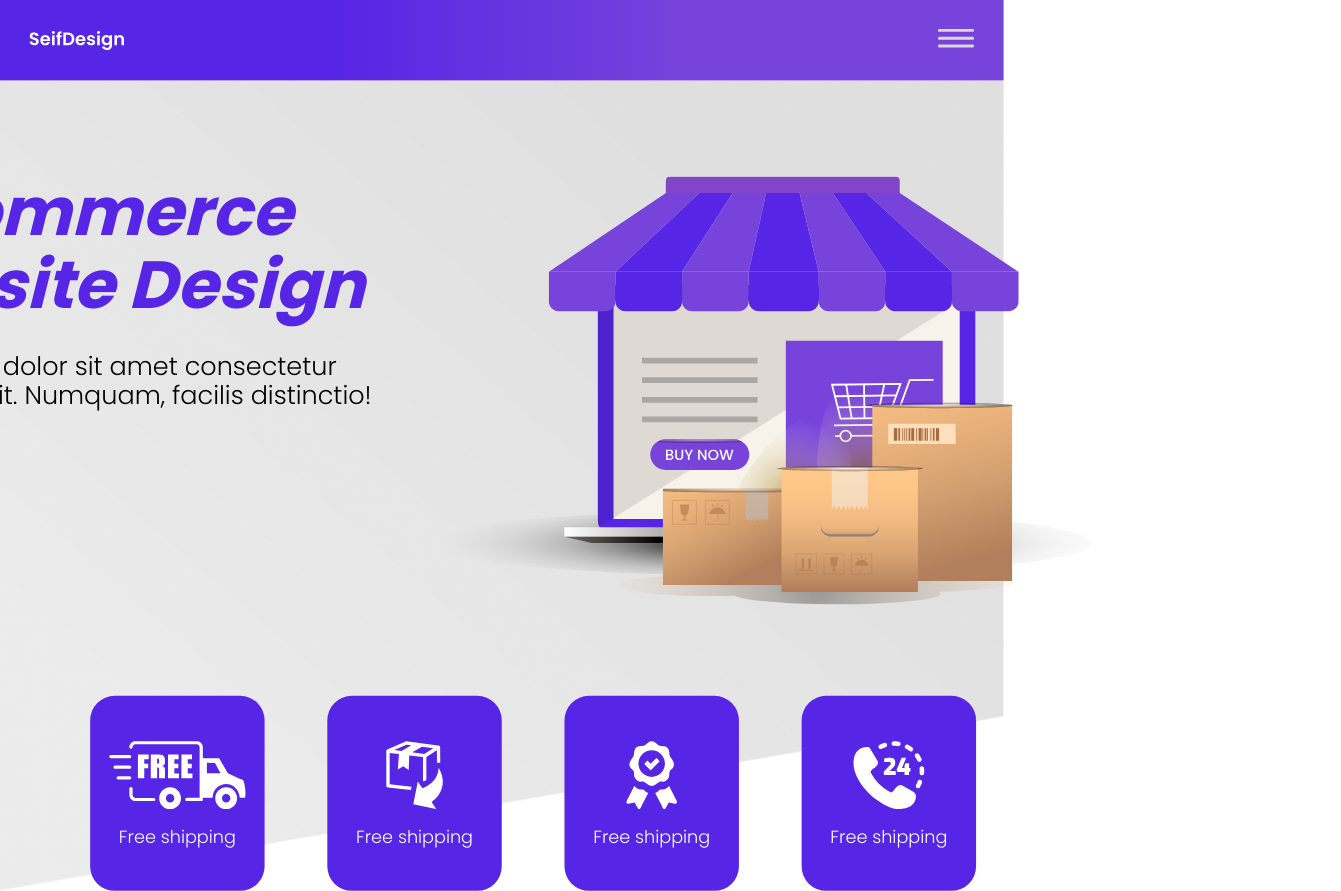
Repository: simralgasimov/newpage
Page: index.html
These files come from the project's save history. The page is drawn as it stood at one moment and after a run of saves; the edit follows.
The browser window is 1024 px wide. The page is 1114 px wide, then 1368 px, then 1114 px, so the pictures cover 1368 px, including what lies to the right of the window. The pictures show the whole page, at 98% of full size.
The style sheet was rebuilt from its Sass, Less or Tailwind sources for each picture, by a compiler version that may differ from the author's.

Above is the page before, as saved 2023-12-13 15:06:28.
Not found: index.js

After the next 2 saves:
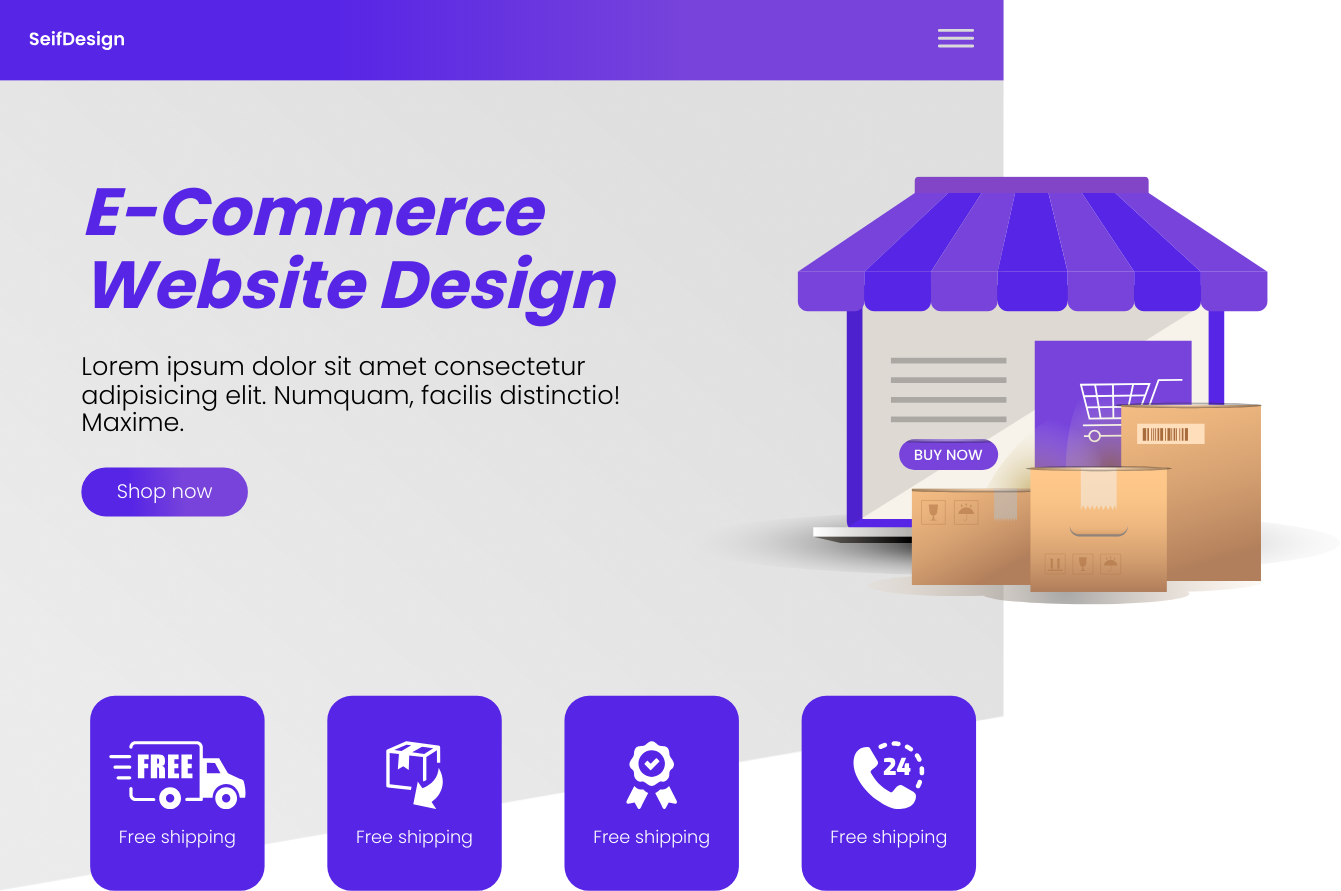
The 2 saves are shown as one change because they came seconds apart.
The last was saved 39 s later.
--- a/index.scss
+++ b/index.scss
@@ -65,6 +65,9 @@
     padding: 98px 164px 43px 83px;
     display: flex;
     justify-content: center;
+    @media screen and (max-width: 1024px) {
+        justify-content: space-between;
+      }
     .text-container {
       h1 {
         margin-bottom: 32px;
@@ -75,6 +78,7 @@
         font-weight: 700;
         line-height: 109%; /* 74.12px */
         color: #5725e5;
+
       }
       p {
         width: 608px;

After the save that followed:
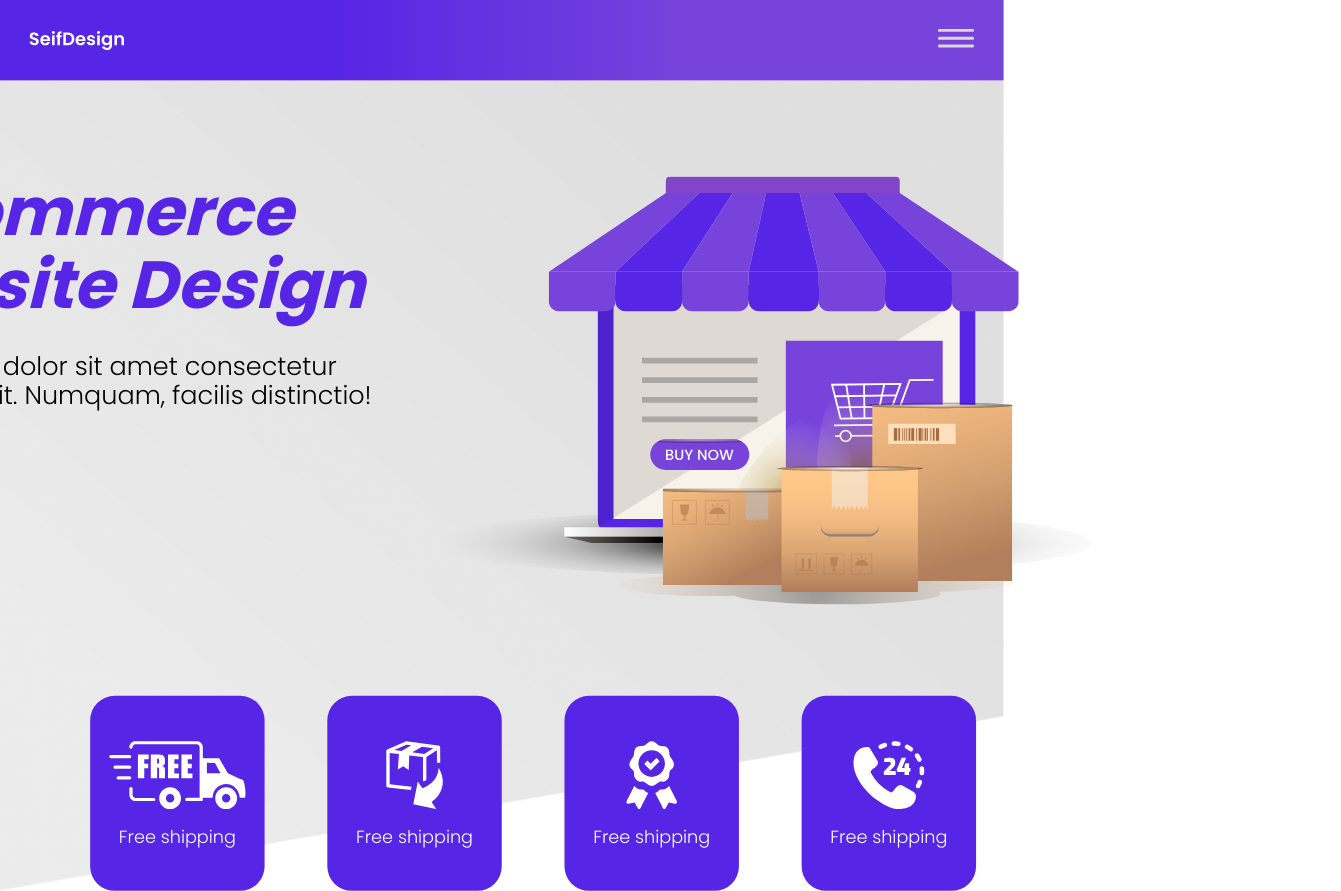
Saved 5 s later.
--- a/index.scss
+++ b/index.scss
@@ -66,7 +66,6 @@
     display: flex;
     justify-content: center;
     @media screen and (max-width: 1024px) {
-        justify-content: space-between;
       }
     .text-container {
       h1 {
